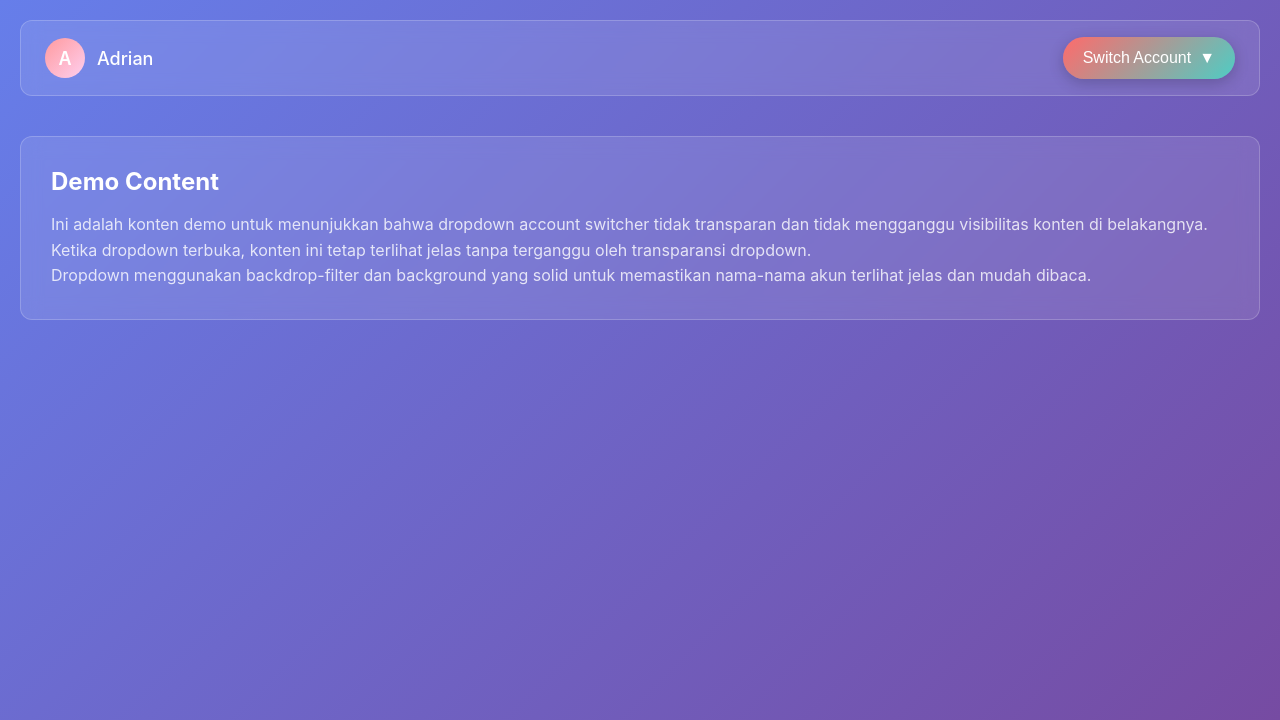
Repository: adrptrp/TP-2_kerja-sama
Page: myaccount.html
The author's editor kept a copy of each file at every save. The page is drawn from the files as they stood at one save, then again after the next save.
The browser window is 1280 px wide. The pictures show the whole page.

Above is the page before, as saved 2025-06-28 21:00:06.

### myaccount.html
<!DOCTYPE html>
<html lang="en">
<head>
    <meta charset="UTF-8">
    <meta name="viewport" content="width=device-width, initial-scale=1.0">
    <title>Account Switcher</title>
    <style>
        * {
            margin: 0;
            padding: 0;
            box-sizing: border-box;
        }

        body {
            font-family: -apple-system, BlinkMacSystemFont, 'Segoe UI', Roboto, sans-serif;
            background: linear-gradient(135deg, #667eea 0%, #764ba2 100%);
            min-height: 100vh;
            padding: 20px;
        }

        .header {
            display: flex;
            justify-content: space-between;
            align-items: center;
            padding: 16px 24px;
            background: rgba(255, 255, 255, 0.1);
            backdrop-filter: blur(10px);
            border-radius: 12px;
            margin-bottom: 20px;
            border: 1px solid rgba(255, 255, 255, 0.2);
        }

        .user-info {
            display: flex;
            align-items: center;
            gap: 12px;
        }

        .avatar {
            width: 40px;
            height: 40px;
            border-radius: 50%;
            background: linear-gradient(135deg, #ff9a9e 0%, #fecfef 100%);
            display: flex;
            align-items: center;
            justify-content: center;
            color: white;
            font-weight: 600;
            font-size: 18px;
        }

        .username {
            color: white;
            font-size: 18px;
            font-weight: 500;
        }

        .account-switcher {
            position: relative;
            display: inline-block;
        }

        .switch-btn {
            background: linear-gradient(135deg, #ff6b6b 0%, #4ecdc4 100%);
            color: white;
            border: none;
            padding: 12px 20px;
            border-radius: 25px;
            cursor: pointer;
            font-size: 16px;
            font-weight: 500;
            display: flex;
            align-items: center;
            gap: 8px;
            transition: all 0.3s ease;
            box-shadow: 0 4px 15px rgba(0, 0, 0, 0.2);
        }

        .switch-btn:hover {
            transform: translateY(-2px);
            box-shadow: 0 6px 20px rgba(0, 0, 0, 0.3);
        }

        .dropdown-arrow {
            transition: transform 0.3s ease;
        }

        .switch-btn.active .dropdown-arrow {
            transform: rotate(180deg);
        }

        .dropdown {
            position: absolute;
            top: calc(100% + 8px);
            right: 0;
            width: 300px;
            background: rgba(255, 255, 255, 0.95);
            backdrop-filter: blur(20px);
            border-radius: 16px;
            box-shadow: 0 20px 60px rgba(0, 0, 0, 0.3);
            border: 1px solid rgba(255, 255, 255, 0.3);
            opacity: 0;
            transform: translateY(-10px);
            visibility: hidden;
            transition: all 0.3s cubic-bezier(0.4, 0, 0.2, 1);
            z-index: 1000;
        }

        .dropdown.show {
            opacity: 1;
            transform: translateY(0);
            visibility: visible;
        }

        .dropdown-header {
            padding: 20px 20px 10px;
            border-bottom: 1px solid rgba(0, 0, 0, 0.1);
        }

        .current-account {
            display: flex;
            align-items: center;
            gap: 12px;
            margin-bottom: 15px;
        }

        .current-account .avatar {
            width: 50px;
            height: 50px;
            font-size: 20px;
        }

        .account-details h3 {
            color: #333;
            font-size: 18px;
            margin-bottom: 4px;
        }

        .account-details p {
            color: #666;
            font-size: 14px;
        }

        .account-list {
            padding: 10px 0;
        }

        .account-item {
            display: flex;
            align-items: center;
            gap: 12px;
            padding: 12px 20px;
            cursor: pointer;
            transition: background-color 0.2s ease;
            border: none;
            background: none;
            width: 100%;
            text-align: left;
        }

        .account-item:hover {
            background: rgba(0, 0, 0, 0.05);
        }

        .account-item .avatar {
            width: 40px;
            height: 40px;
            font-size: 16px;
        }

        .account-item .account-details h4 {
            color: #333;
            font-size: 16px;
            margin-bottom: 2px;
        }

        .account-item .account-details p {
            color: #666;
            font-size: 13px;
        }

        .add-account {
            margin: 10px 20px 20px;
            background: linear-gradient(135deg, #667eea 0%, #764ba2 100%);
            color: white;
            border: none;
            padding: 12px 16px;
            border-radius: 10px;
            cursor: pointer;
            font-size: 14px;
            font-weight: 500;
            width: calc(100% - 40px);
            transition: all 0.3s ease;
        }

        .add-account:hover {
            transform: translateY(-1px);
            box-shadow: 0 4px 12px rgba(102, 126, 234, 0.3);
        }

        /* Demo content to show transparency effect */
        .demo-content {
            margin-top: 40px;
            padding: 30px;
            background: rgba(255, 255, 255, 0.1);
            backdrop-filter: blur(10px);
            border-radius: 12px;
            border: 1px solid rgba(255, 255, 255, 0.2);
        }

        .demo-content h2 {
            color: white;
            margin-bottom: 16px;
        }

        .demo-content p {
            color: rgba(255, 255, 255, 0.8);
            line-height: 1.6;
        }

        /* Overlay for when dropdown is open */
        .overlay {
            position: fixed;
            top: 0;
            left: 0;
            width: 100%;
            height: 100%;
            background: rgba(0, 0, 0, 0.1);
            opacity: 0;
            visibility: hidden;
            transition: all 0.3s ease;
            z-index: 999;
        }

        .overlay.show {
            opacity: 1;
            visibility: visible;
        }
    </style>
</head>
<body>
    <div class="header">
        <div class="user-info">
            <div class="avatar">A</div>
            <div class="username">Adrian</div>
        </div>

        <div class="account-switcher">
            <button class="switch-btn" onclick="toggleDropdown()">
                Switch Account
                <span class="dropdown-arrow">▼</span>
            </button>

            <div class="dropdown" id="dropdown">
                <div class="dropdown-header">
                    <div class="current-account">
                        <div class="avatar">A</div>
                        <div class="account-details">
                            <h3>Adrian</h3>
                            <p>adrian@email.com</p>
                        </div>
                    </div>
                </div>

                <div class="account-list">
                    <button class="account-item" onclick="switchAccount('John', 'john@email.com', 'J')">
                        <div class="avatar" style="background: linear-gradient(135deg, #667eea 0%, #764ba2 100%);">J</div>
                        <div class="account-details">
                            <h4>John Doe</h4>
                            <p>john@email.com</p>
                        </div>
                    </button>

                    <button class="account-item" onclick="switchAccount('Sarah', 'sarah@gmail.com', 'S')">
                        <div class="avatar" style="background: linear-gradient(135deg, #ffecd2 0%, #fcb69f 100%);">S</div>
                        <div class="account-details">
                            <h4>Sarah Wilson</h4>
                            <p>sarah@gmail.com</p>
                        </div>
                    </button>

                    <button class="account-item" onclick="switchAccount('Mike', 'mike@company.com', 'M')">
                        <div class="avatar" style="background: linear-gradient(135deg, #a8edea 0%, #fed6e3 100%);">M</div>
                        <div class="account-details">
                            <h4>Mike Johnson</h4>
                            <p>mike@company.com</p>
                        </div>
                    </button>
                </div>

                <button class="add-account" onclick="addAccount()">
                    + Add Another Account
                </button>
            </div>
        </div>
    </div>

    <div class="demo-content">
        <h2>Demo Content</h2>
        <p>Ini adalah konten demo untuk menunjukkan bahwa dropdown account switcher tidak transparan dan tidak mengganggu visibilitas konten di belakangnya. Ketika dropdown terbuka, konten ini tetap terlihat jelas tanpa terganggu oleh transparansi dropdown.</p>
        <p>Dropdown menggunakan backdrop-filter dan background yang solid untuk memastikan nama-nama akun terlihat jelas dan mudah dibaca.</p>
    </div>

    <!-- Overlay -->
    <div class="overlay" id="overlay" onclick="closeDropdown()"></div>

    <script>
        function toggleDropdown() {
            const dropdown = document.getElementById('dropdown');
            const overlay = document.getElementById('overlay');
            const switchBtn = document.querySelector('.switch-btn');

            if (dropdown.classList.contains('show')) {
                closeDropdown();
            } else {
                dropdown.classList.add('show');
                overlay.classList.add('show');
                switchBtn.classList.add('active');
            }
        }

        function closeDropdown() {
            const dropdown = document.getElementById('dropdown');
            const overlay = document.getElementById('overlay');
            const switchBtn = document.querySelector('.switch-btn');

            dropdown.classList.remove('show');
            overlay.classList.remove('show');
            switchBtn.classList.remove('active');
        }

        function switchAccount(name, email, initial) {
            // Update current user info
            document.querySelector('.username').textContent = name;
            document.querySelector('.user-info .avatar').textContent = initial;
            document.querySelector('.current-account h3').textContent = name;
            document.querySelector('.current-account p').textContent = email;

            // Close dropdown
            closeDropdown();

            // Show notification (optional)
            console.log(`Switched to account: ${name} (${email})`);
        }

        function addAccount() {
            alert('Feature untuk menambah akun baru akan segera tersedia!');
            closeDropdown();
        }

        // Close dropdown when clicking outside
        document.addEventListener('click', function(event) {
            const switcher = document.querySelector('.account-switcher');
            if (!switcher.contains(event.target)) {
                closeDropdown();
            }
        });

        // Close dropdown with Escape key
        document.addEventListener('keydown', function(event) {
            if (event.key === 'Escape') {
                closeDropdown();
            }
        });
    </script>
</body>
</html>

After the next save:
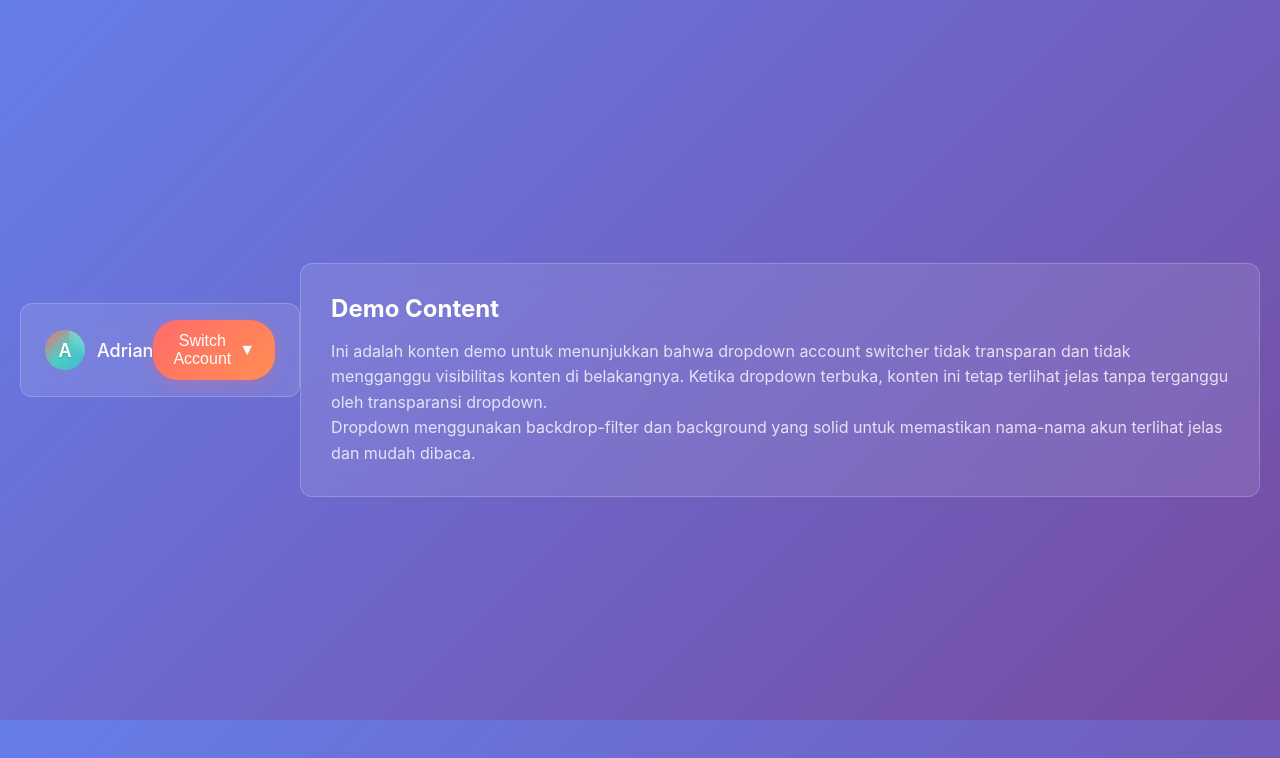
Saved 9 min 8 s later.
--- a/myaccount.html
+++ b/myaccount.html
@@ -14,6 +14,9 @@
         body {
             font-family: -apple-system, BlinkMacSystemFont, 'Segoe UI', Roboto, sans-serif;
             background: linear-gradient(135deg, #667eea 0%, #764ba2 100%);
+            display: flex;
+            justify-content: center;
+            align-items: center;
             min-height: 100vh;
             padding: 20px;
         }
@@ -40,13 +43,32 @@
             width: 40px;
             height: 40px;
             border-radius: 50%;
-            background: linear-gradient(135deg, #ff9a9e 0%, #fecfef 100%);
+            background: linear-gradient(135deg, #ff6b6b, #4ecdc4, #45b7d1);
             display: flex;
             align-items: center;
             justify-content: center;
             color: white;
+            font-size: 18px;
             font-weight: 600;
-            font-size: 18px;
+            text-shadow: 0 1px 2px rgba(0, 0, 0, 0.2);
+            position: relative;
+            overflow: hidden;
+        }
+
+        .avatar::before {
+            content: '';
+            position: absolute;
+            top: 0;
+            left: 0;
+            right: 0;
+            bottom: 0;
+            background: linear-gradient(45deg, transparent 30%, rgba(255, 255, 255, 0.2) 50%, transparent 70%);
+            animation: shimmer 2s infinite;
+        }
+
+        @keyframes shimmer {
+            0% { transform: translateX(-100%); }
+            100% { transform: translateX(100%); }
         }
 
         .username {
@@ -61,24 +83,45 @@
         }
 
         .switch-btn {
-            background: linear-gradient(135deg, #ff6b6b 0%, #4ecdc4 100%);
+            background: linear-gradient(135deg, #ff6b6b, #ff8e53);
             color: white;
             border: none;
             padding: 12px 20px;
             border-radius: 25px;
-            cursor: pointer;
             font-size: 16px;
             font-weight: 500;
+            cursor: pointer;
             display: flex;
             align-items: center;
             gap: 8px;
             transition: all 0.3s ease;
-            box-shadow: 0 4px 15px rgba(0, 0, 0, 0.2);
+            box-shadow: 0 4px 15px rgba(255, 107, 107, 0.3);
+            position: relative;
+            overflow: hidden;
+        }
+
+        .switch-btn::before {
+            content: '';
+            position: absolute;
+            top: 0;
+            left: -100%;
+            width: 100%;
+            height: 100%;
+            background: linear-gradient(90deg, transparent, rgba(255, 255, 255, 0.2), transparent);
+            transition: left 0.5s;
+        }
+
+        .switch-btn:hover::before {
+            left: 100%;
         }
 
         .switch-btn:hover {
             transform: translateY(-2px);
-            box-shadow: 0 6px 20px rgba(0, 0, 0, 0.3);
+            box-shadow: 0 6px 20px rgba(255, 107, 107, 0.4);
+        }
+
+        .switch-btn:active {
+            transform: translateY(0);
         }
 
         .dropdown-arrow {
